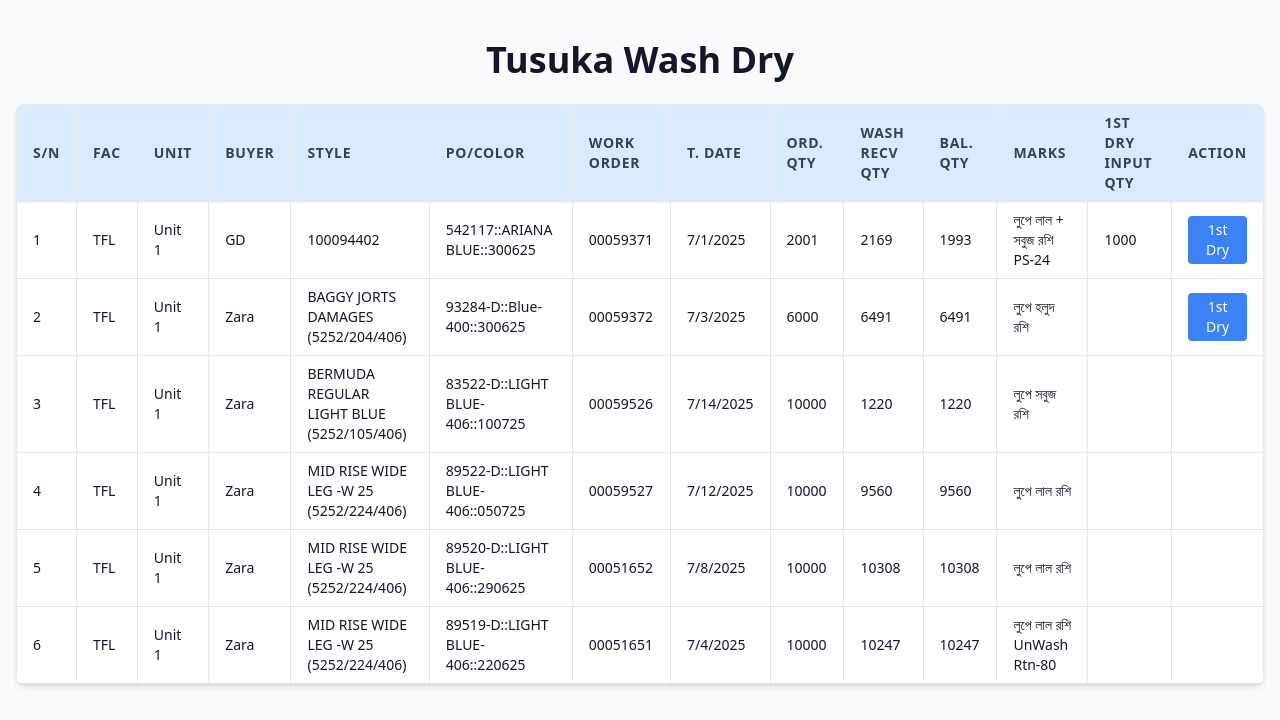
Repository: AhmedMuktadir14218/TusukaDryWash
Page: index.html
These files come from the project's save history. The page is drawn as it stood at one moment and after a run of saves; the edit follows.
The browser window is 1280 px wide. The pictures show the whole page.
Some web libraries are served in a nearby version.

Above is the page before, as saved 2025-06-29 15:05:09.

After the next 3 saves:
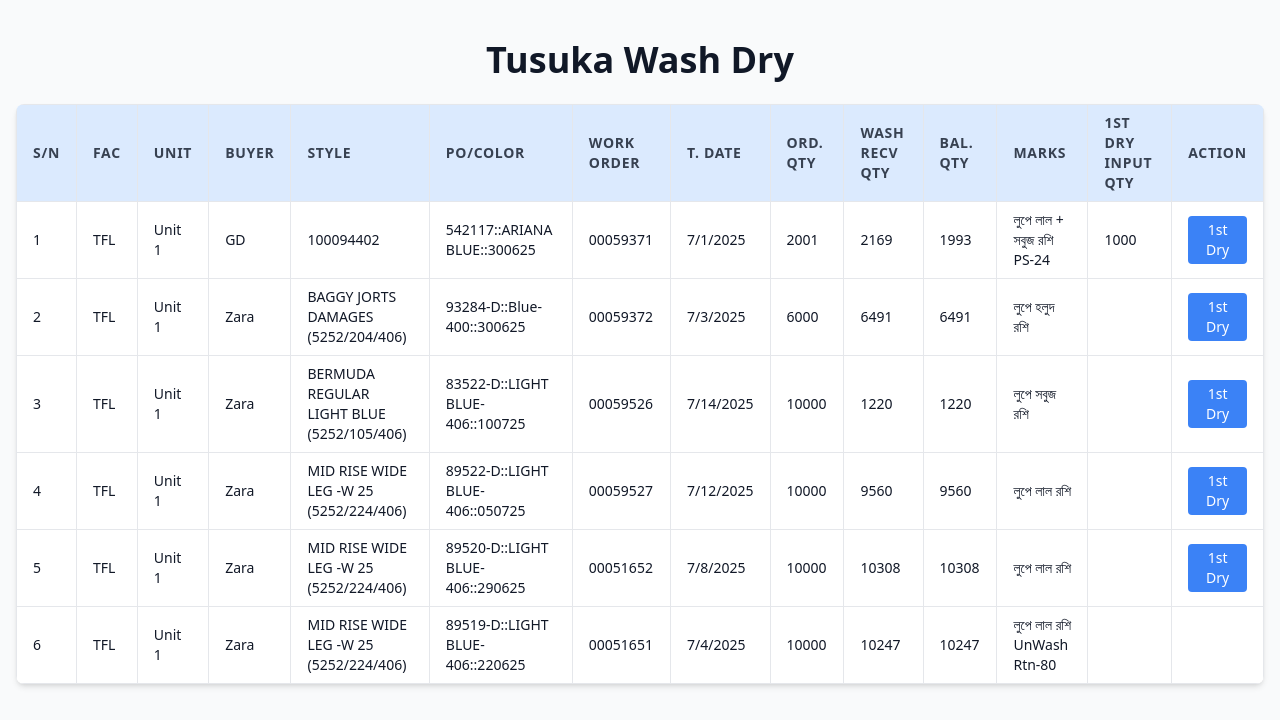
The 3 saves are shown as one change because they came seconds apart.
The last was saved 13 s later.
--- a/index.html
+++ b/index.html
@@ -77,7 +77,7 @@
             <td class="px-4 py-2 border">1220</td>
             <td class="px-4 py-2 border">লুপে সবুজ রশি</td>
             <td class="px-4 py-2 border"></td>
-            <td class="px-4 py-2 border"></td>
+            <td class="px-4 py-2 border"><button class="bg-blue-500 text-white px-2 py-1 rounded">1st Dry</button></td>
           </tr>
           <tr class="hover:bg-gray-100">
             <td class="px-4 py-2 border">4</td>
@@ -93,7 +93,7 @@
             <td class="px-4 py-2 border">9560</td>
             <td class="px-4 py-2 border">লুপে লাল রশি</td>
             <td class="px-4 py-2 border"></td>
-            <td class="px-4 py-2 border"></td>
+            <td class="px-4 py-2 border"><button class="bg-blue-500 text-white px-2 py-1 rounded">1st Dry</button></td>
           </tr>
           <tr class="hover:bg-gray-100">
             <td class="px-4 py-2 border">5</td>
@@ -109,7 +109,7 @@
             <td class="px-4 py-2 border">10308</td>
             <td class="px-4 py-2 border">লুপে লাল রশি</td>
             <td class="px-4 py-2 border"></td>
-            <td class="px-4 py-2 border"></td>
+            <td class="px-4 py-2 border"><button class="bg-blue-500 text-white px-2 py-1 rounded">1st Dry</button></td>
           </tr>
           <tr class="hover:bg-gray-100">
             <td class="px-4 py-2 border">6</td>
